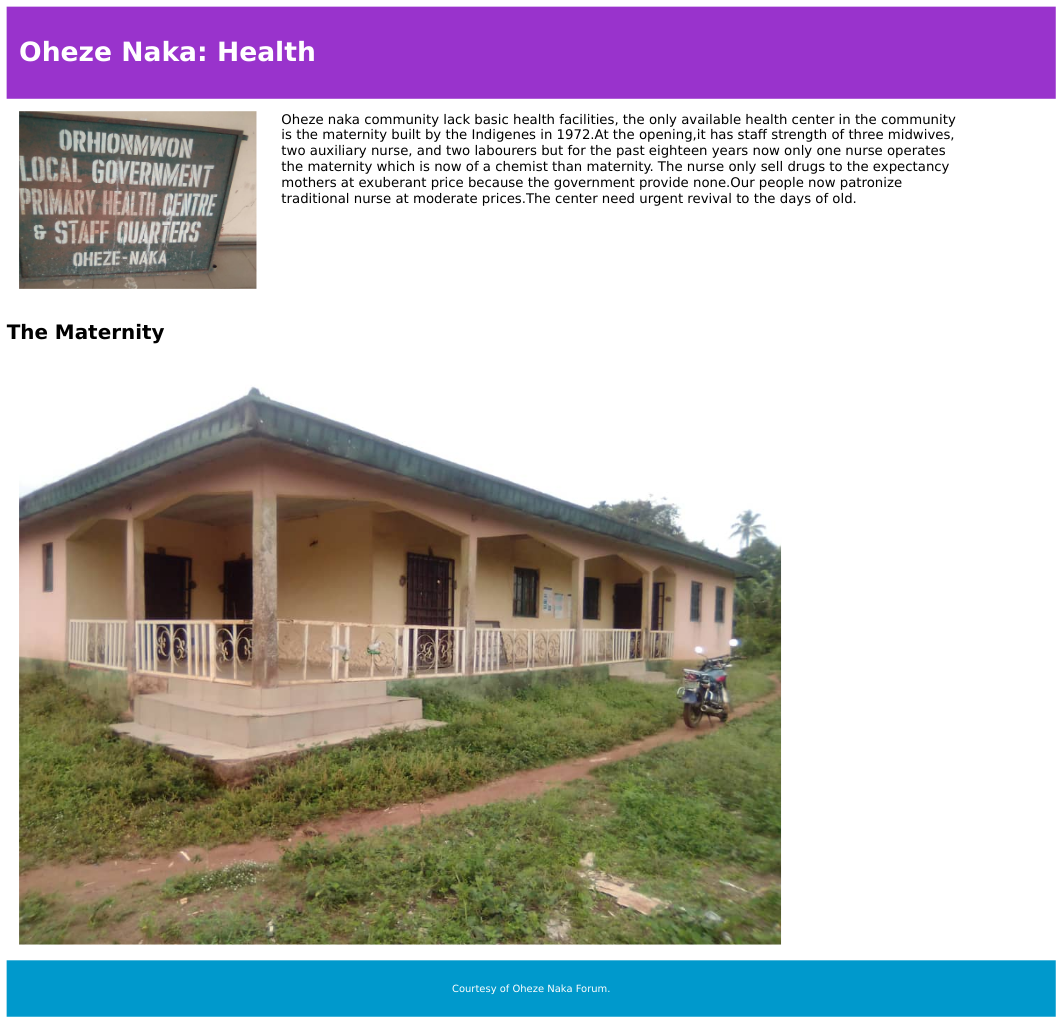
Repository: OtasowieRotimiOsifo/oheze-naka-forum
Page: maternity.html
An editor plug-in stored every save of this project. The page is shown before and after the next save, followed by the edit.
The browser window is 1280 px wide. The pictures show the whole page, at 83% of full size.

Above is the page before, as saved 2021-03-27 22:29:26.

### maternity.html
<!DOCTYPE html>
<html>
<head>
     <title>Oheze Naka Forum</title>

<meta name="viewport" content="width=device-width, initial-scale=1.0">

<style>
* {
  box-sizing: border-box;
}

.row::after {
  content: "";
  clear: both;
  display: table;
}

[class*="col-"] {
  float: left;
  padding: 15px;
}

img {
  max-width: 100%;
}

html {
  font-family: "Lucida Sans", sans-serif;
}

.header {
  background-color: #9933cc;
  color: #ffffff;
  padding: 15px;
}

.menu ul {
  list-style-type: none;
  margin: 0;
  padding: 0;
}

.menu li {
  padding: 8px;
  margin-bottom: 7px;
  background-color: #33b5e5;
  color: #ffffff;
  box-shadow: 0 1px 3px rgba(0,0,0,0.12), 0 1px 2px rgba(0,0,0,0.24);
}

.menu li:hover {
  background-color: #0099cc;
}

.aside {
  background-color: #33b5e5;
  padding: 15px;
  color: #ffffff;
  text-align: center;
  font-size: 14px;
  box-shadow: 0 1px 3px rgba(0,0,0,0.12), 0 1px 2px rgba(0,0,0,0.24);
}

.footer {
  background-color: #0099cc;
  color: #ffffff;
  text-align: center;
  font-size: 12px;
  padding: 15px;
}

/* For mobile phones: */
[class*="col-"] {
  width: 100%;
}

@media only screen and (min-width: 600px) {
  /* For tablets: */
  .col-s-1 {width: 8.33%;}
  .col-s-2 {width: 16.66%;}
  .col-s-3 {width: 25%;}
  .col-s-4 {width: 33.33%;}
  .col-s-5 {width: 41.66%;}
  .col-s-6 {width: 50%;}
  .col-s-7 {width: 58.33%;}
  .col-s-8 {width: 66.66%;}
  .col-s-9 {width: 75%;}
  .col-s-10 {width: 83.33%;}
  .col-s-11 {width: 91.66%;}
  .col-s-12 {width: 100%;}
}
@media only screen and (min-width: 768px) {
  /* For desktop: */
  .col-1 {width: 8.33%;}
  .col-2 {width: 16.66%;}
  .col-3 {width: 25%;}
  .col-4 {width: 33.33%;}
  .col-5 {width: 41.66%;}
  .col-6 {width: 50%;}
  .col-7 {width: 58.33%;}
  .col-8 {width: 66.66%;}
  .col-9 {width: 75%;}
  .col-10 {width: 83.33%;}
  .col-11 {width: 91.66%;}
  .col-12 {width: 100%;}
}
</style>

</head>
<body>
  <div class="header">
    <h1>Oheze Naka: Health</h1>
  </div>
  <div class="row">
<div  class="col-3 col-s-3">
    <img src="img/maternity-sign.jpeg"/>
</div>
<div class="col-8 col-s-9">
    <span>Oheze naka community lack basic health facilities, the only available health center in the </span>
  <span>community is the maternity built by the Indigenes in 1972.At the opening,it has staff </span>
<span>strength of three midwives, two auxiliary nurse, and two labourers but for the past eighteen </span>
<span>years now only one nurse operates the maternity which is now of a chemist than maternity. The</span>
<span>nurse only sell drugs to the expectancy mothers at exuberant price because the government </span>
<span> provide none.Our people now patronize traditional nurse at moderate prices.The center need </span> <span>urgent revival to the days of old.</span>

  </div>
</div>
<div class="row">
  <h2>The Maternity</h2>
  <div  class="col-9 col-s-9">
    <img src="img/maternity.jpeg"/>
</div>
</div>
<div class="footer">
  <p>Courtesy of Oheze Naka Forum.</p>
</div>
</body>
</html>

After the next save:
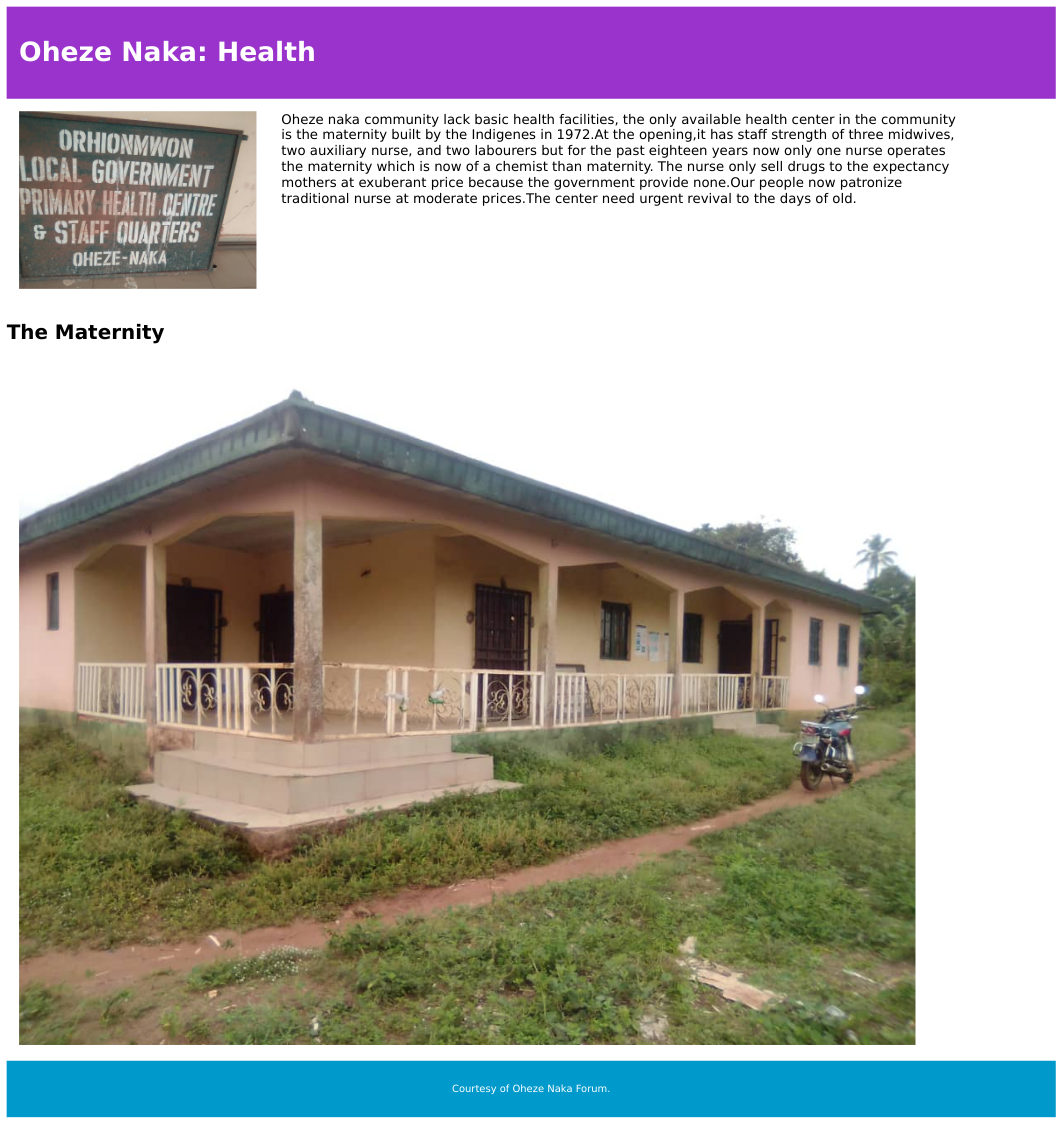
Saved 34 s later.
--- a/maternity.html
+++ b/maternity.html
@@ -128,7 +128,7 @@ html {
 </div>
 <div class="row">
   <h2>The Maternity</h2>
-  <div  class="col-9 col-s-9">
+  <div  class="col-12 col-s-12">
     <img src="img/maternity.jpeg"/>
 </div>
 </div>
